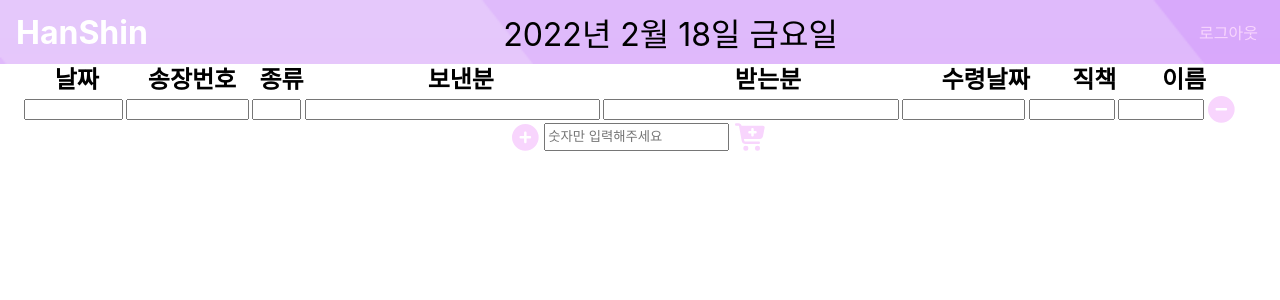
Repository: SeungYn/hanshinClient
Page: /add
The author's editor kept a copy of each file at every save. The page is drawn from the files as they stood at one save, then again after a run of saves.
The browser window is 1280 px wide. The pictures show the whole page.
The project was rebuilt for these pictures with package versions that can differ from the ones it lists, and the page was loaded fresh each time. Also part of the build but not shown: src/App.css, src/components/item/item.jsx, src/components/package/package.jsx.

Above is the page before, as saved 2022-02-20 12:48:06.

### public/index.html
<!DOCTYPE html>
<html lang="en">
  <head>
    <meta charset="utf-8" />
    <link rel="icon" href="%PUBLIC_URL%/favicon.ico" />
    <meta name="viewport" content="width=device-width, initial-scale=1" />
    <meta name="theme-color" content="#000000" />
    <meta
      name="description"
      content="Web site created using create-react-app"
    />
  </head>
  <body>
    <div id="root"></div>
  </body>
</html>

### src/index.js
import React from 'react';
import ReactDOM from 'react-dom';
import './index.css';
import App from './App';
import { BrowserRouter } from 'react-router-dom';
ReactDOM.render(
  <React.StrictMode>
    <BrowserRouter>
      <App />
    </BrowserRouter>
  </React.StrictMode>,
  document.getElementById('root')
);

### src/index.css
html {
  height: 100%;
}
body {
  margin: 0;
  font-family: -apple-system, BlinkMacSystemFont, 'Segoe UI', 'Roboto', 'Oxygen',
    'Ubuntu', 'Cantarell', 'Fira Sans', 'Droid Sans', 'Helvetica Neue',
    sans-serif;
  -webkit-font-smoothing: antialiased;
  -moz-osx-font-smoothing: grayscale;
  height: 100%;
}
h1 {
  margin: 0;
}
code {
  font-family: source-code-pro, Menlo, Monaco, Consolas, 'Courier New',
    monospace;
}

* {
  box-sizing: border-box;
}
p,
h2 {
  margin: 0;
  padding: 0;
}

ul {
  list-style: none;
  margin: 0;
  padding: 0;
}

### src/App.jsx
import './App.css';
import Header from './components/header/header';
import Package from './components/package/package';
import { Route, Routes } from 'react-router-dom';
import AddBoxs from './addboxs/addBoxs';
function App() {
  return (
    <div className='app'>
      <Header />
      <Routes>
        <Route exact path='/' element={<Package />} />
        <Route exact path='/add' element={<AddBoxs />} />
      </Routes>
    </div>
  );
}

export default App;

### src/components/header/header.jsx
import React, { useEffect, useState } from 'react';
import styles from './header.module.css';

const Header = (props) => {
  const [date, setDate] = useState(new Date());
  const [month, setMonth] = useState('');
  const [year, setYear] = useState('');
  const [day, setDay] = useState('');
  const [dates, setDates] = useState('');

  useEffect(() => {
    setMonth(date.getMonth() + 1);
    switch (date.getDay()) {
      case 0:
        setDay('일');
        break;
      case 1:
        setDay('월');
        break;
      case 2:
        setDay('화');
        break;
      case 3:
        setDay('수');
        break;
      case 4:
        setDay('목');
        break;
      case 5:
        setDay('금');
        break;
      case 6:
        setDay('토');
        break;
    }
    setYear(date.getFullYear());
    setDates(date.getDate());
  }, [date, month, year, dates, day]);

  return (
    <header className={styles.header}>
      <h1 className={styles.title}>HanShin</h1>
      <p
        className={styles.day}
      >{`${year}년 ${month}월 ${dates}일 ${day}요일`}</p>
      <nav className={styles.menu}>
        <button className={styles.menu__item}>로그아웃</button>
      </nav>
    </header>
  );
};

export default Header;

### src/addboxs/addBoxs.jsx
import React, { useRef, useState } from 'react';
import styles from './addBoxs.module.css';
import { FontAwesomeIcon } from '@fortawesome/react-fontawesome';
import {
  faCirclePlus,
  faCartPlus,
  faCircleMinus,
} from '@fortawesome/free-solid-svg-icons';

const AddBoxs = (props) => {
  const [boxList, setBoxList] = useState([
    {
      date: '',
      boxId: '',
      kind: '',
      sender: '',
      receiver: '',
      receivedDate: '',
      position: '',
      name: '',
    },
  ]);

  const countRef = useRef();

  const onSubmit = (e) => {
    e.console.log(1);
  };

  const onChange = (event, index) => {
    const boxs = [...boxList];
    const name = event.currentTarget.name;
    const value = event.currentTarget.value;

    boxs[index][name] = value;
    setBoxList(boxs);

    // switch (name) {
    //   case 'date':
    //     boxs[index][name] = value;
    //     return setBoxList(boxs);
    //   case 'kind':
    //     boxs[index][name] = value;
    //     return setBoxList(boxs);
    //   case 'sender':
    //     boxs[index][name] = value;
    //     return setBoxList(boxs);
    //   case 'receiver':
    //     boxs[index][name] = value;
    //     return setBoxList(boxs);
    //   case 'receivedDate':
    //     boxs[index][name] = value;
    //     return setBoxList(boxs);
    //   case 'position':
    //     boxs[index][name] = value;
    //     return setBoxList(boxs);
    //   case 'name':
    //     boxs[index][name] = value;
    //     return setBoxList(boxs);
    // }
  };

  const onAdd = () => {
    setBoxList([
      ...boxList,
      {
        date: '',
        boxId: '',
        kind: '',
        sender: '',
        receiver: '',
        receivedDate: '',
        position: '',
        name: '',
      },
    ]);
  };

  const onMultiAdd = () => {
    const count = countRef.current.value;
    console.log(countValidation());
    if (!countValidation()) return;
    else {
      const boxs = [...boxList];
      for (let i = 0; i < count; i++) {
        boxs.push({
          date: '',
          boxId: '',
          kind: '',
          sender: '',
          receiver: '',
          receivedDate: '',
          position: '',
          name: '',
        });
      }
      setBoxList(boxs);
    }
  };

  const onRemove = (event, index) => {
    const boxs = [...boxList];
    boxs.splice(index, 1);
    setBoxList(boxs);
  };

  //count 검사
  const countValidation = () => {
    const count = countRef.current.value;
    console.log(countRef);
    if (!isNaN(count)) {
      if (count > 20) {
        countRef.current.style.borderColor = 'red';
        countRef.current.value = '';
        countRef.current.placeholder = '한번에 20개 까지만 추가가능';
        return false;
      }
    } else {
      countRef.current.style.borderColor = 'red';
      countRef.current.value = '';
      countRef.current.placeholder = '숫자만 입력해주세요';
    }
  };

  return (
    <section className={styles.addContainer}>
      <div className={styles.addFormHeader}>
        <h2 className={styles.item}>날짜</h2>
        <h2 className={styles.item}>송장번호</h2>
        <h2 className={styles.item}>종류</h2>
        <h2 className={styles.item}>보낸분</h2>
        <h2 className={styles.item}>받는분</h2>
        <h2 className={styles.item}>수령날짜</h2>
        <h2 className={styles.item}>직책</h2>
        <h2 className={styles.item}>이름</h2>
      </div>
      <form onSubmit={onSubmit} className={styles.addForm}>
        {boxList.map((box, index) => {
          return (
            <div className={styles.items} key={index}>
              <input
                type='text'
                name='date'
                onChange={(event) => onChange(event, index)}
                value={box.date}
              />
              <input
                type='text'
                name='boxId'
                onChange={(event) => onChange(event, index)}
                value={box.boxId}
              />
              <input
                type='text'
                name='kind'
                onChange={(event) => onChange(event, index)}
                value={box.kind}
              />
              <input
                type='text'
                name='sender'
                onChange={(event) => onChange(event, index)}
                value={box.sender}
              />
              <input
                type='text'
                name='receiver'
                onChange={(event) => onChange(event, index)}
                value={box.receiver}
              />
              <input
                type='text'
                name='receivedDate'
                onChange={(event) => onChange(event, index)}
                value={box.receivedDate}
              />
              <input
                type='text'
                name='position'
                onChange={(event) => onChange(event, index)}
                value={box.position}
              />
              <input
                type='text'
                name='name'
                onChange={(event) => onChange(event, index)}
                value={box.name}
              />
              <button
                type='button'
                className={`${styles.addBtn} ${styles.minus}`}
                onClick={(event) => onRemove(event, index)}
              >
                <FontAwesomeIcon icon={faCircleMinus} size='2x' />
              </button>
            </div>
          );
        })}
      </form>
      <div className={styles.bottomBtn}>
        <button className={`${styles.addBtn}`} onClick={onAdd}>
          <FontAwesomeIcon icon={faCirclePlus} size='2x' />
        </button>
        <input
          type='text'
          name='count'
          ref={countRef}
          placeholder='숫자만 입력해주세요'
        />
        <button className={styles.addBtn} onClick={onMultiAdd}>
          <FontAwesomeIcon icon={faCartPlus} size='2x' />
        </button>
      </div>
    </section>
  );
};

export default AddBoxs;

### src/components/header/header.module.css
header {
  background: no-repeat url('./backimg.png');
  background-size: cover;
  height: 4rem;
  display: flex;
  justify-content: space-between;
  align-items: center;
  padding: 0.1rem 1rem;
}

.title {
  color: white;
}
.day {
  font-size: 2rem;
}
.menu__item {
  border: 0;
  background: none;
  font-size: 1rem;
}

### src/components/package/package.module.css
.package {
  width: 100%;
  height: 100%;
  display: flex;
  flex-direction: column;
  align-items: center;
}

.navbar {
  display: flex;
  justify-content: center;
  color: #ab74f7;
  width: 100%;
}

.navbar__item {
  text-align: center;
  line-height: 1.5rem;
  font-size: 1.5rem;
  flex-basis: 5rem;
  background-color: #fef6ff;
  padding: 0.5rem;
}

.navbar__item:hover {
  background-color: #ab74f7;
  color: #fef6ff;
  cursor: pointer;
}

.itemList {
  height: 100%;
  display: grid;
  grid-auto-rows: minmax(2rem, auto);
}

.items {
  display: grid;
  grid-template-columns: 8% 10% 5% 27% 27% 8% 7% 7%;
  height: 2rem;
}

h2 {
  text-align: center;
  line-height: 2rem;
}

.contents {
  width: 90%;
}

### src/addboxs/addBoxs.module.css
input:focus {
  outline: none;
}

.addContainer {
  width: 100%;
  height: 100%;
  display: flex;
  flex-direction: column;
  align-items: center;
}

.addFormHeader {
  width: 100%;
  display: grid;
  grid-template-columns: 8% 10% 4% 24% 24% 10% 7% 7% 2%;
  height: 2rem;
  justify-content: center;
}

.item {
  font-size: 1.5rem;
}

.addForm {
  width: 100%;
  height: 100%;
  padding: 1rem;
  padding: 0 1.5rem;
}
/* 8% 10% 5% 27% 27% 8% 7% 7%; */
.items {
  display: grid;
  grid-template-columns: 8% 10% 4% 24% 24% 10% 7% 7% 2%;
  align-items: center;
  grid-gap: 0.2rem;
}
.minus {
  padding: 0;
}
button {
  background-color: transparent;
  border: none;
  color: #f8d5fd;
}

.bottomBtn {
  display: flex;
}

.addBtn:hover {
  cursor: pointer;
  color: #e5a3ff;
}

.test {
  width: 112px;
}

### src/components/item/item.module.css
.items {
  display: grid;
  grid-template-columns: 8% 10% 5% 27% 27% 8% 7% 7%;
  align-items: center;
  border: 1px solid black;
}

.items:hover {
  background-color: #fef6ff;
}

p {
  /* 크기를 넘기면 자동으로 줄바꿈 */
  text-align: center;
  overflow-wrap: break-word;
}

After the next 2 saves:
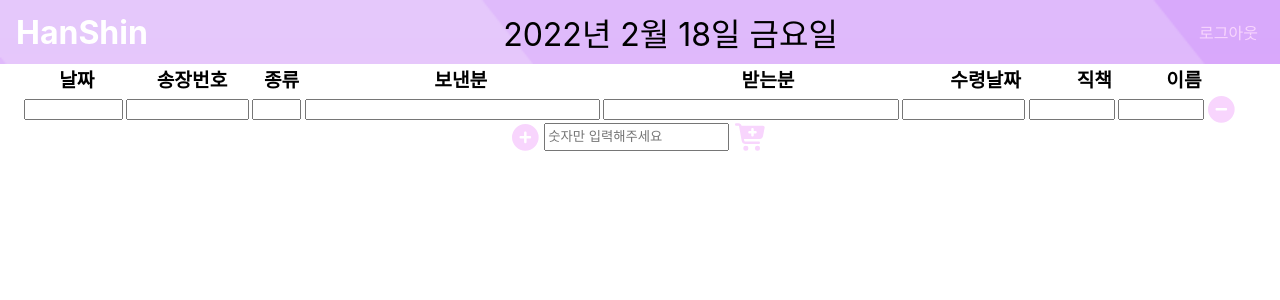
The 2 saves are shown as one change because they came seconds apart.
The last was saved 26 s later.
--- a/src/addboxs/addBoxs.module.css
+++ b/src/addboxs/addBoxs.module.css
@@ -19,7 +19,7 @@ input:focus {
 }
 
 .item {
-  font-size: 1.5rem;
+  font-size: 1.2rem;
 }
 
 .addForm {
